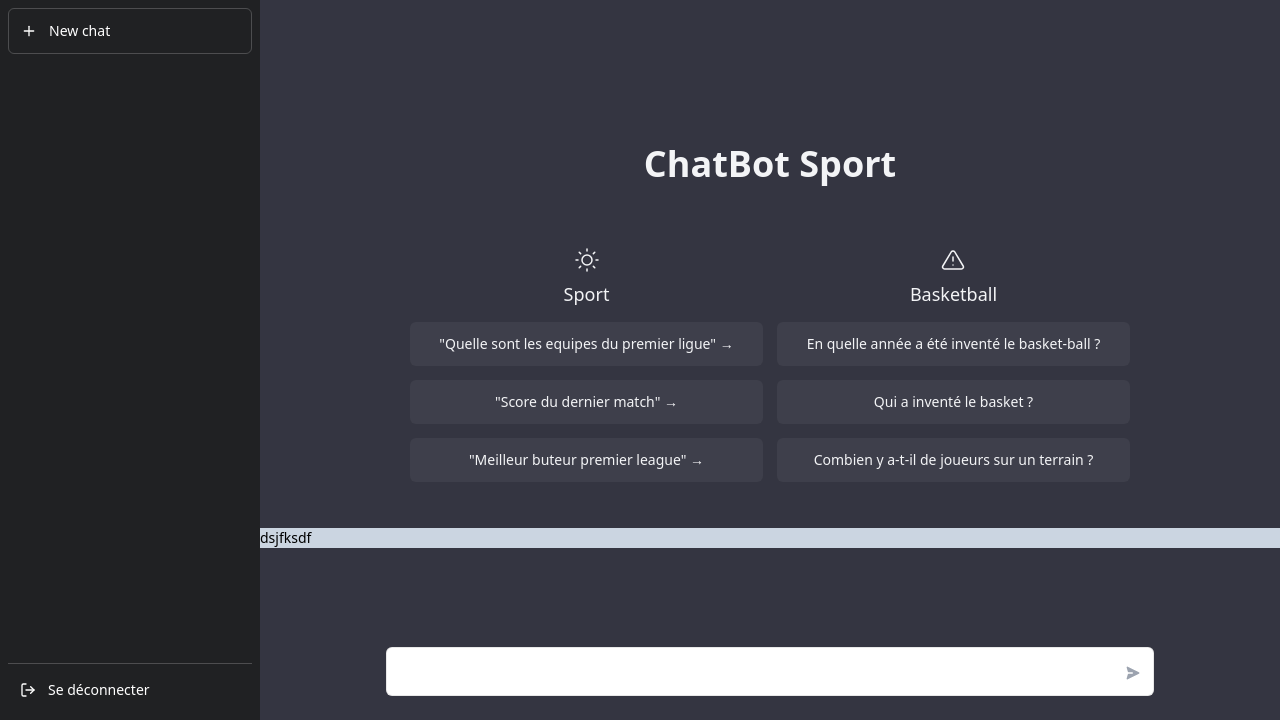
Repository: HaithemBenSlama/chatbot-front
Page: /, after clicking the first element matching `button.sc-gsFSXq`
The author's editor kept a copy of each file at every save. The page is drawn from the files as they stood at one save, then again after the next save.
The browser window is 1280 px wide. The pictures show the whole page.
The project was rebuilt for these pictures with package versions that can differ from the ones it lists, and the page was loaded fresh each time. Also part of the build but not shown: src/constants/svg/lightningChargeIcon.js, src/constants/svg/externalLinkIcon.js, src/constants/svg/discordIcon.js, src/constants/svg/menuIcon.js, src/Components/Login/form-input.css.

Above is the page before, as saved 2023-05-01 22:01:56.

After the next save:
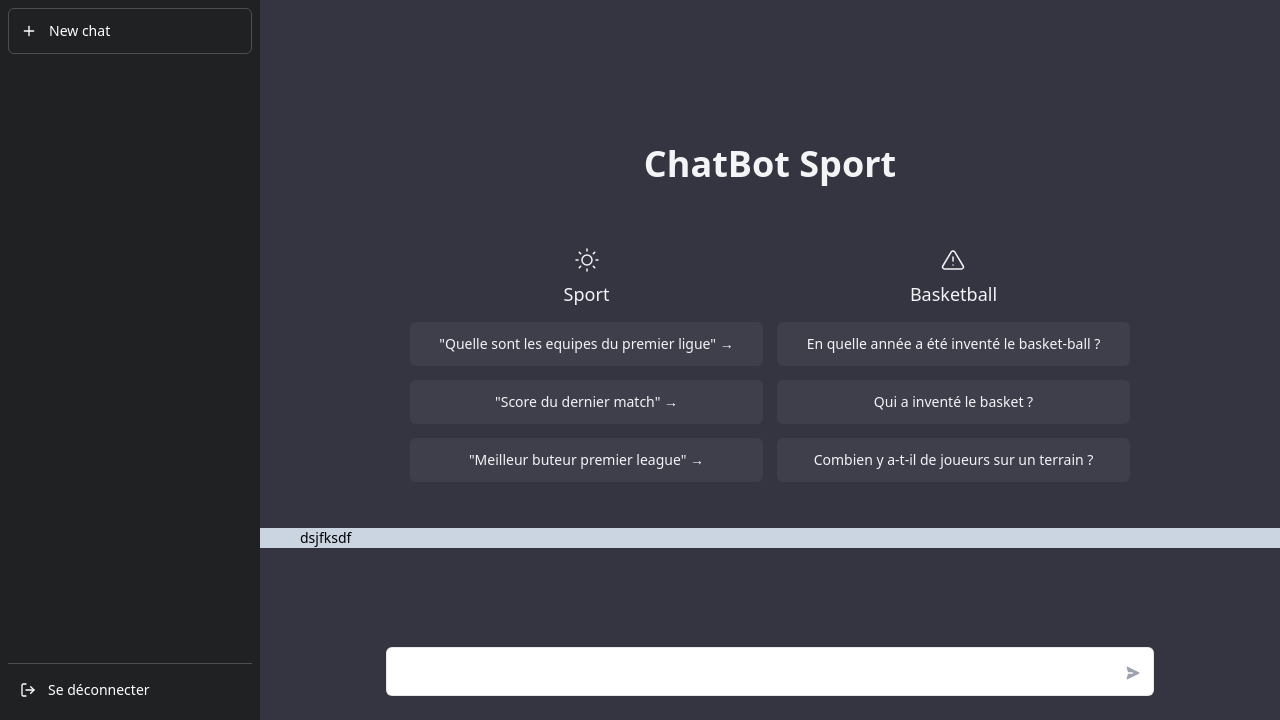
Saved 16 s later.
--- a/src/Components/main/RightSection/index.js
+++ b/src/Components/main/RightSection/index.js
@@ -61,7 +61,7 @@
               </div>
             </div>
             <div className="w-full h-48 flex-shrink-0">
-              <p className="bg-slate-300">dsjfksdf</p>
+              <p className="px-10 bg-slate-300">dsjfksdf</p>
             </div>
           </div>
         </div>

After the save that followed:
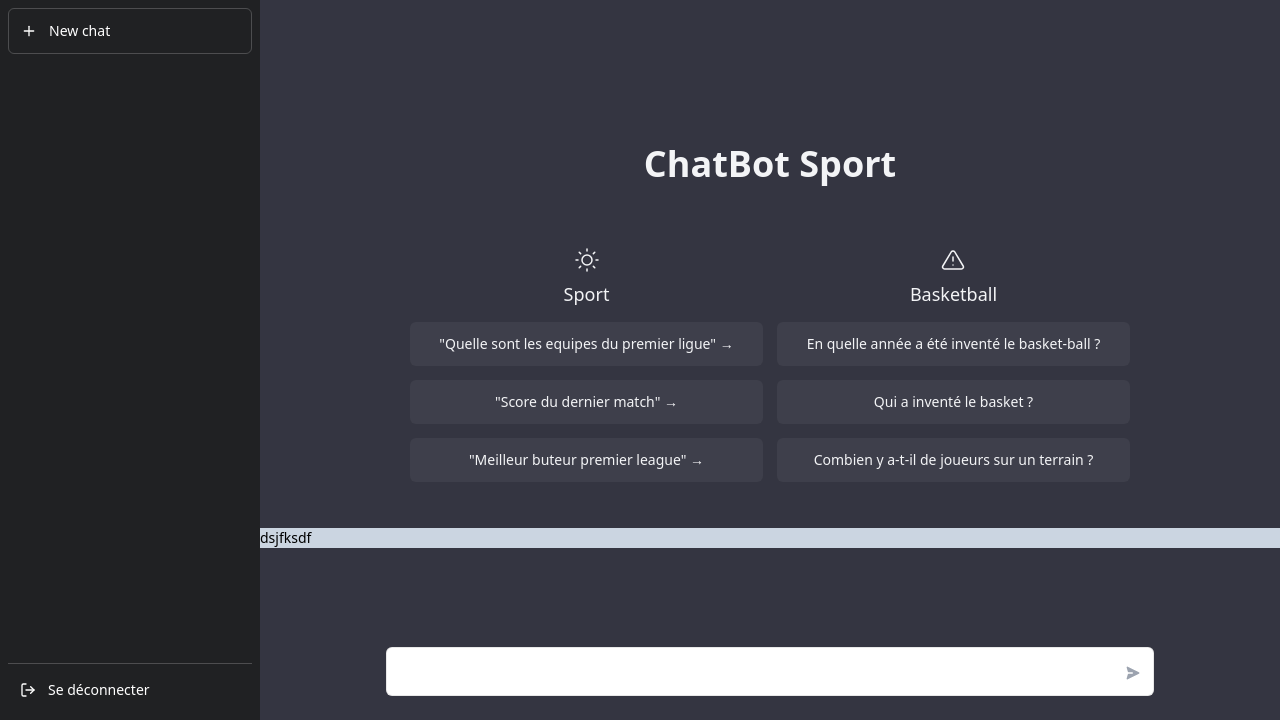
Saved 12 s later.
--- a/src/Components/main/RightSection/index.js
+++ b/src/Components/main/RightSection/index.js
@@ -61,7 +61,7 @@
               </div>
             </div>
             <div className="w-full h-48 flex-shrink-0">
-              <p className="px-10 bg-slate-300">dsjfksdf</p>
+              <p className="bg-slate-300">dsjfksdf</p>
             </div>
           </div>
         </div>
